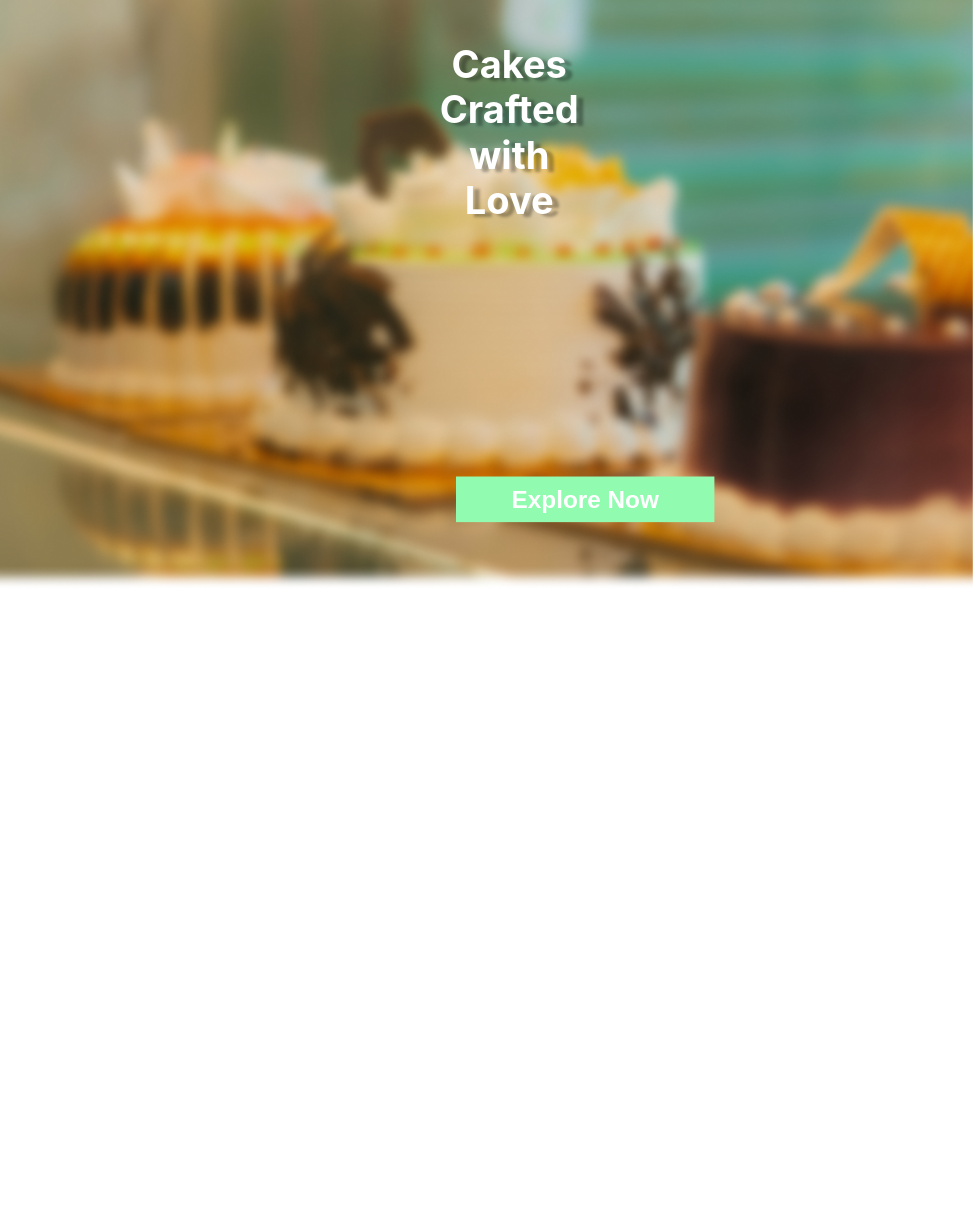
Repository: MEROO1010/cake-box-website
Page: / (app in Cake_box/cake_website/cake_frontend/)
An editor plug-in stored every save of this project. The page is shown before and after the next save, followed by the edit.
The browser window is 1280 px wide. The pictures show the whole page, at 76% of full size.
The project was rebuilt for these pictures with package versions that can differ from the ones it lists, and the page was loaded fresh each time.

Above is the page before, as saved 2024-10-22 12:22:01.

After the next save:
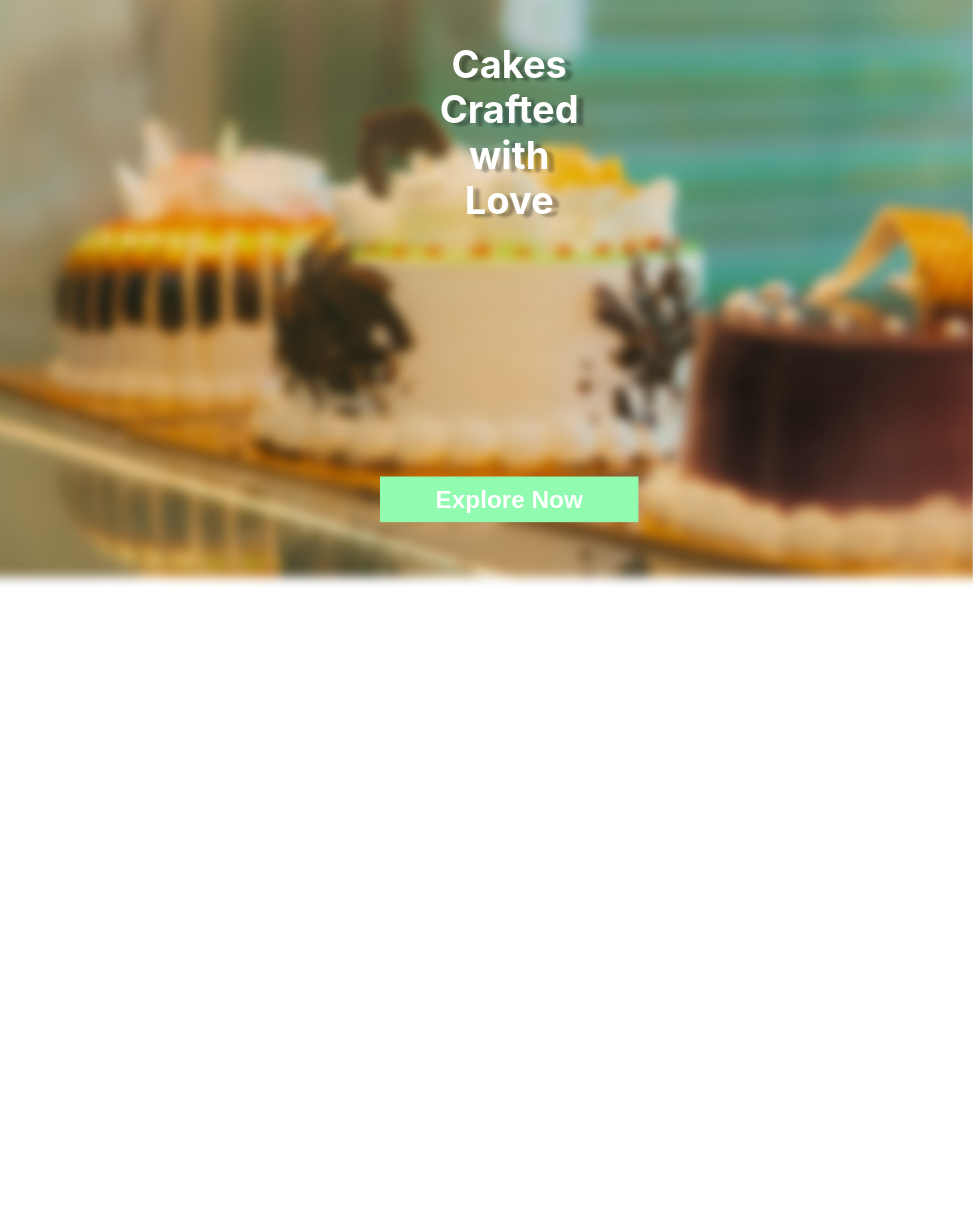
Saved 10 s later.
--- a/Cake_box/cake_website/cake_frontend/src/components/HomePage/Homepage.jsx
+++ b/Cake_box/cake_website/cake_frontend/src/components/HomePage/Homepage.jsx
@@ -46,7 +46,7 @@
     font-weight:bold;
     margin-bottom:400px;
     bottom:500px;
-    margin-left:600px;
+    margin-left:500px;
     position: relative;
    }
 

After the save that followed:
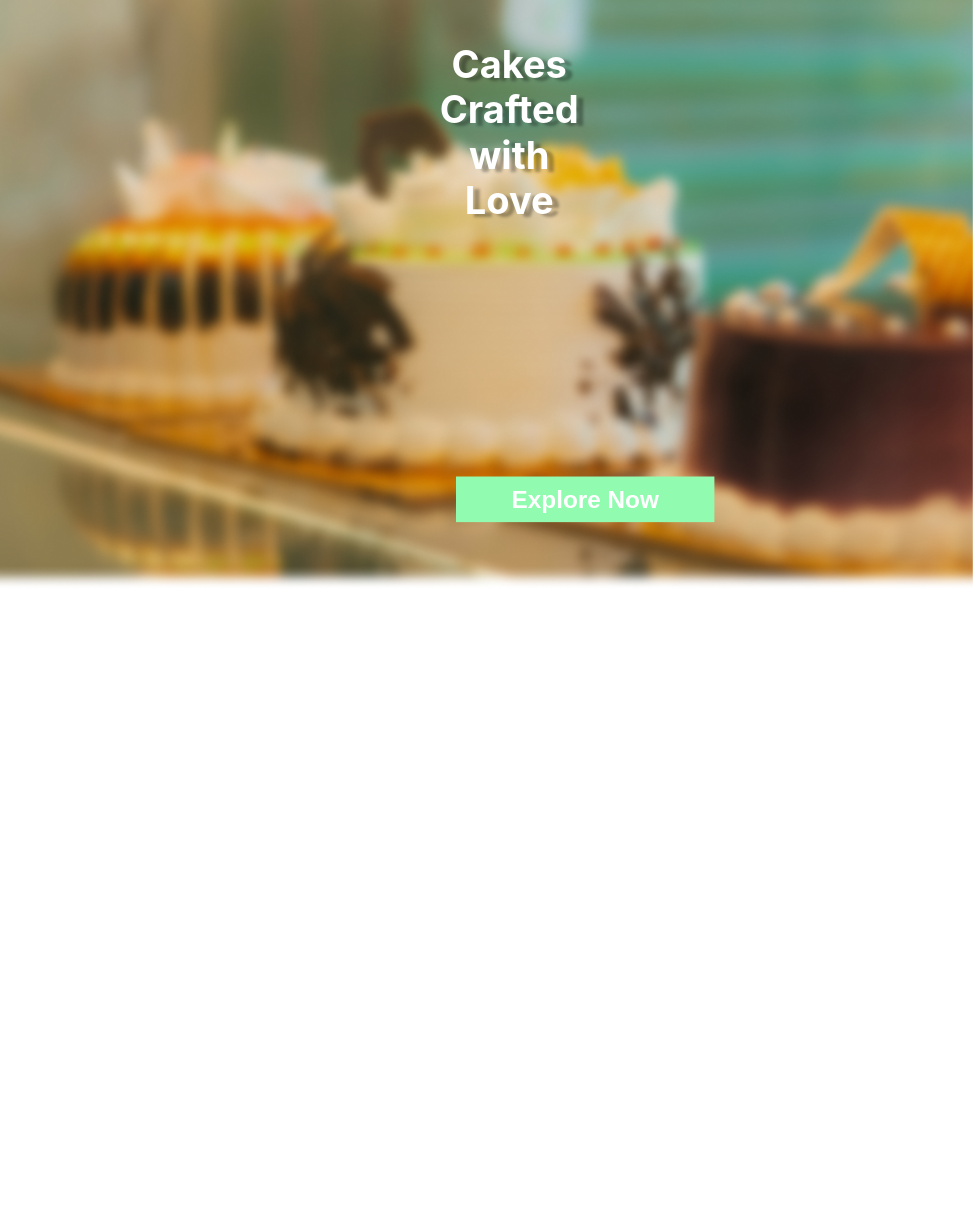
Saved 4 s later.
--- a/Cake_box/cake_website/cake_frontend/src/components/HomePage/Homepage.jsx
+++ b/Cake_box/cake_website/cake_frontend/src/components/HomePage/Homepage.jsx
@@ -46,7 +46,7 @@
     font-weight:bold;
     margin-bottom:400px;
     bottom:500px;
-    margin-left:500px;
+    margin-left:600px;
     position: relative;
    }
 
